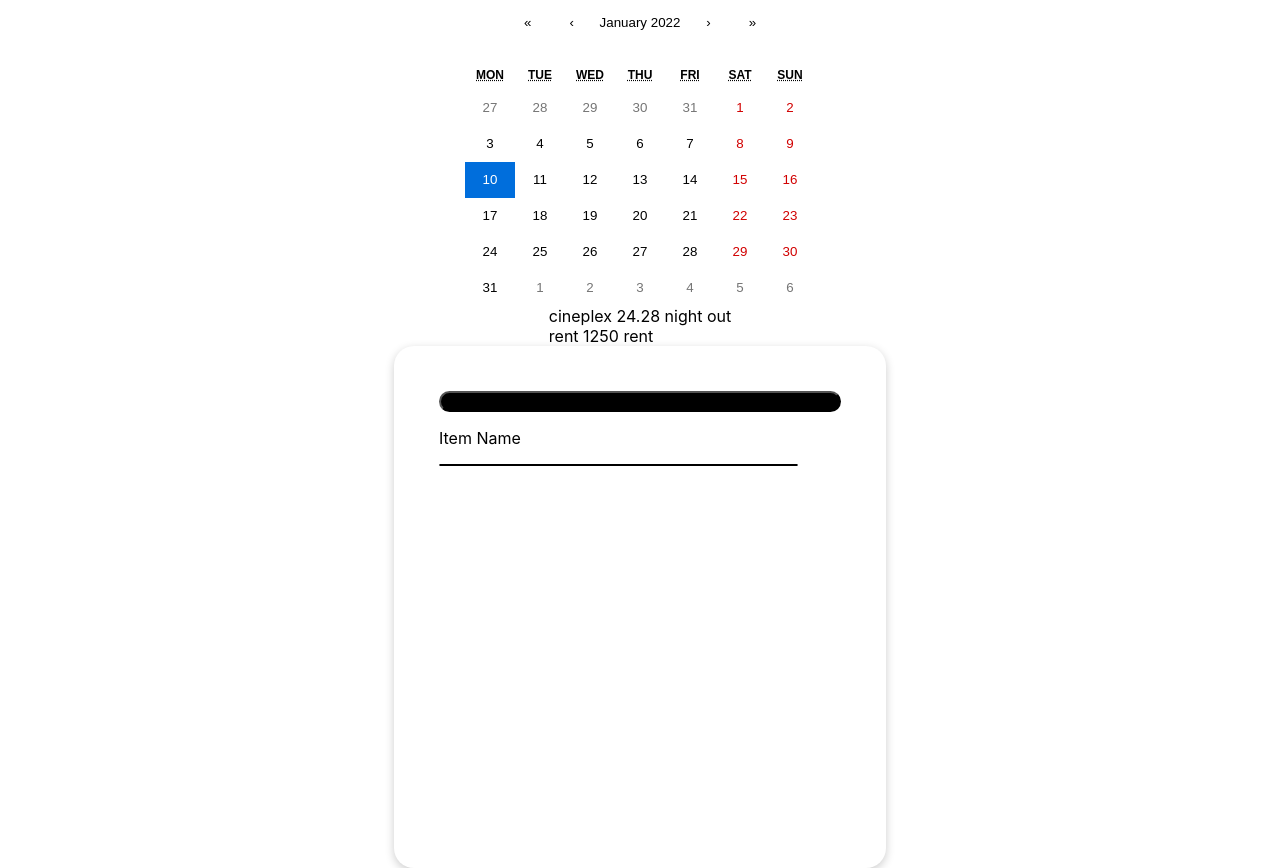
Repository: julianm09/expense-tracker
Page: /
These files come from the project's save history. The page is drawn as it stood at one moment and after the next save; the edit follows.
The browser window is 1280 px wide. The pictures show the whole page.
The project was rebuilt for these pictures with package versions that can differ from the ones it lists, and the page was loaded fresh each time. The framework's server and built-in components were replaced by stand-ins that run in the browser. Also part of the build but not shown: next.config.js.

Above is the page before, as saved 2022-01-10 14:57:44.

After the next save:
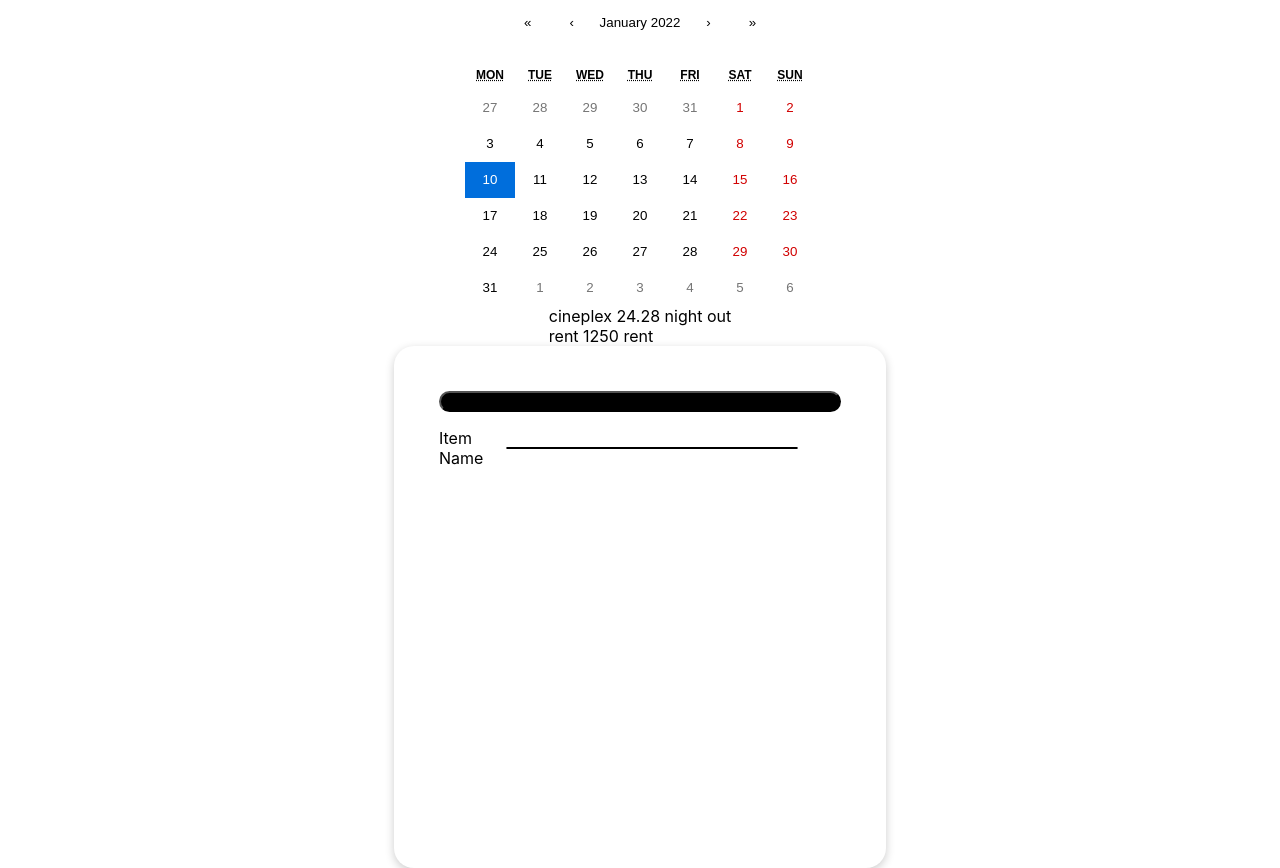
Saved 25 s later.
--- a/comps/popup.js
+++ b/comps/popup.js
@@ -18,6 +18,9 @@ const XButton = styled.button`
 
 const TextCont = styled.div`
   width: 359px;
+  display: flex;
+  justify-content: Center;
+  align-items: center;
 `;
 
 const Box = styled.div`
